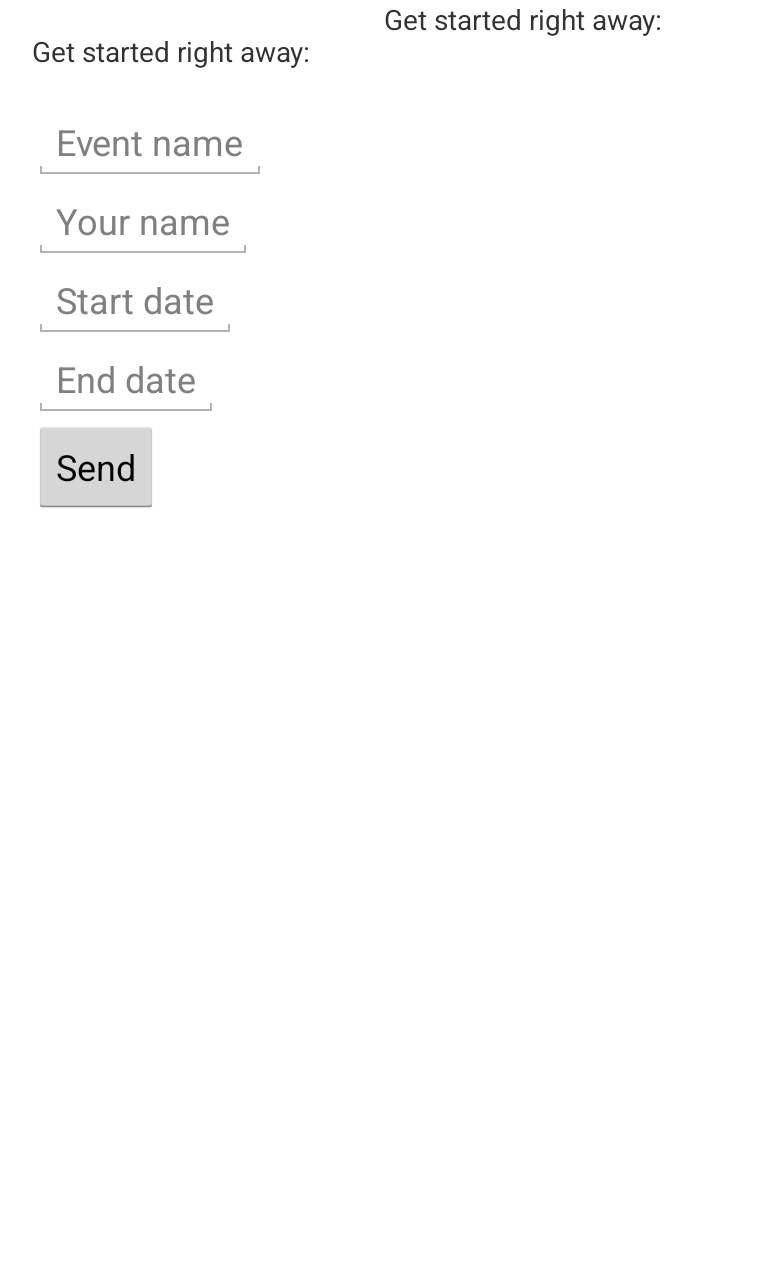
Repository: Raytray/WTFIIMC
Layout: Android/WTFIIMC/res/layout/activity_main.xml
The author's editor kept a copy of each file at every save. The layout is drawn from the files as they stood at one save, then again after a run of saves.
It is drawn on a 768 x 1280 px phone screen (xhdpi) without system bars, with theme AppTheme; the app's code is not run.

Above is the layout before, as saved 2013-10-28 02:16:53.

### Android/WTFIIMC/res/layout/activity_main.xml
<TableLayout xmlns:android="http://schemas.android.com/apk/res/android"
			    xmlns:tools="http://schemas.android.com/tools"
    android:layout_width="fill_parent"
    android:layout_height="fill_parent"
    android:stretchColumns="1" >
    <TableRow>
        <FrameLayout
                android:layout_height="wrap_content"
                android:layout_width="0dp"
                android:layout_weight="1">
	    	<LinearLayout
			    android:layout_width="match_parent"
			    android:layout_height="match_parent"
			    android:paddingBottom="@dimen/activity_vertical_margin"
			    android:paddingLeft="@dimen/activity_horizontal_margin"
			    android:paddingRight="@dimen/activity_horizontal_margin"
			    android:paddingTop="@dimen/activity_vertical_margin"
			    android:orientation="vertical"
			    tools:context=".MainActivity" >

			    <TextView
			        android:layout_width="wrap_content"
			        android:layout_height="wrap_content"
			        android:text="@string/hello_world" />
				<EditText android:id="@+id/event_name"
			        android:layout_width="wrap_content"
			        android:layout_height="wrap_content"
			        android:hint="@string/prompt_event_name" />
				<EditText android:id="@+id/owner_name"
			        android:layout_width="wrap_content"
			        android:layout_height="wrap_content"
			        android:hint="@string/prompt_owner_name" />
				<EditText android:id="@+id/start_date"
			        android:layout_width="wrap_content"
			        android:layout_height="wrap_content"
			        android:hint="@string/prompt_start_date" />
				<EditText android:id="@+id/end_date"
			        android:layout_width="wrap_content"
			        android:layout_height="wrap_content"
			        android:hint="@string/prompt_end_date" />
				<Button
			        android:layout_width="wrap_content"
			        android:layout_height="wrap_content"
			        android:text="@string/button_send" />
			</LinearLayout>
		</FrameLayout>
		<FrameLayout
                android:layout_height="wrap_content"
                android:layout_width="0dp"
                android:layout_weight="1">
	    	<TextView
			        android:layout_width="wrap_content"
			        android:layout_height="wrap_content"
			        android:text="@string/hello_world" />
	    </FrameLayout>

    </TableRow>

</TableLayout>

### Android/WTFIIMC/res/values/strings.xml
<?xml version="1.0" encoding="utf-8"?>
<resources>

    <string name="app_name">WTFIIMC</string>
    <string name="action_settings">Settings</string>
    <string name="hello_world">Get started right away:\n</string>

    <string name="prompt_event_name">Event name</string>
    <string name="prompt_owner_name">Your name</string>
    <string name="prompt_start_date">Start date</string>
    <string name="prompt_event_desc">Description of event</string>
    <string name="prompt_end_date">End date</string>
    <string name="button_send">Send</string>
    <string name="title_activity_main">MainActivity</string>
</resources>

Loaded but not shown: Android/WTFIIMC/res/values/styles.xml (common file); Android/WTFIIMC/res/values-v11/styles.xml (common file); Android/WTFIIMC/res/values-v14/styles.xml (common file); Android/WTFIIMC/res/values/dimens.xml (common file)

After the next 2 saves:
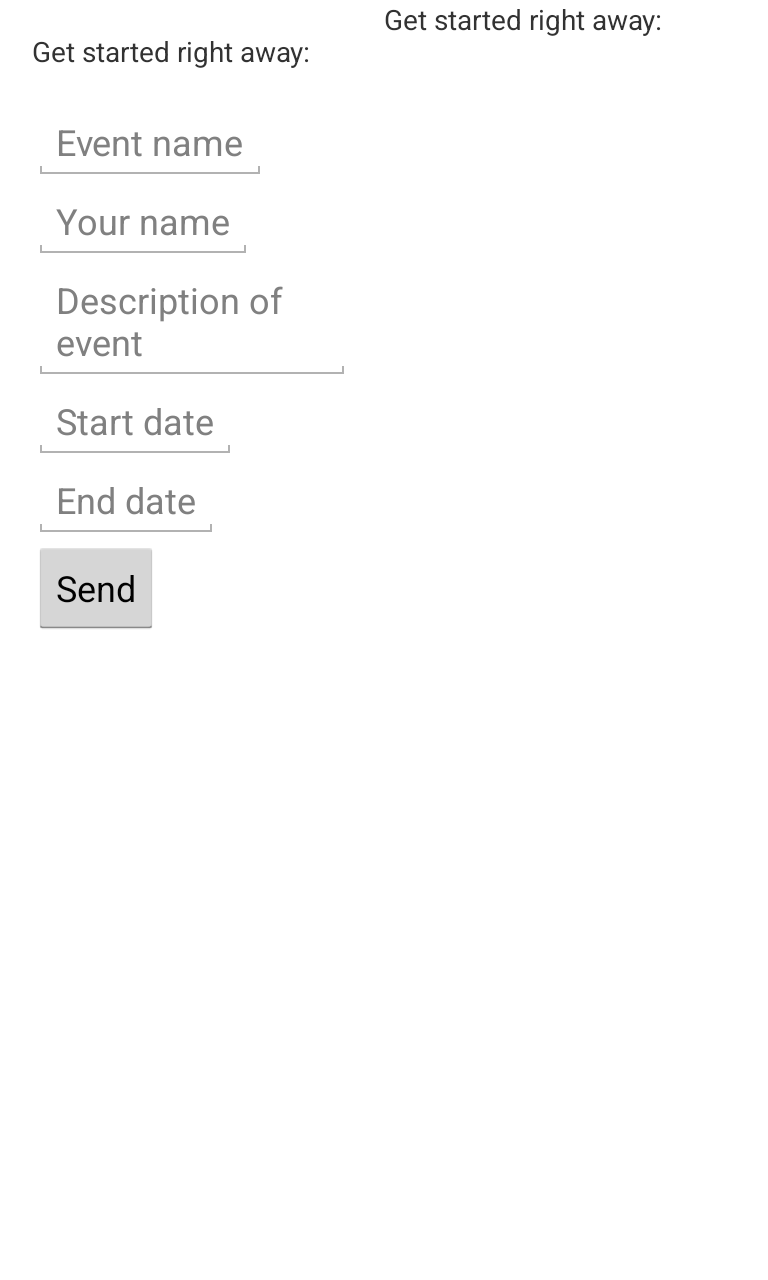
The 2 saves are shown as one change because 1 did not build or start.
The last was saved 16 s later.
--- a/Android/WTFIIMC/res/layout/activity_main.xml
+++ b/Android/WTFIIMC/res/layout/activity_main.xml
@@ -30,6 +30,10 @@
 			        android:layout_width="wrap_content"
 			        android:layout_height="wrap_content"
 			        android:hint="@string/prompt_owner_name" />
+				<EditText android:id="@+id/event_desc"
+			        android:layout_width="wrap_content"
+			        android:layout_height="wrap_content"
+			        android:hint="@string/prompt_event_desc" />
 				<EditText android:id="@+id/start_date"
 			        android:layout_width="wrap_content"
 			        android:layout_height="wrap_content"
